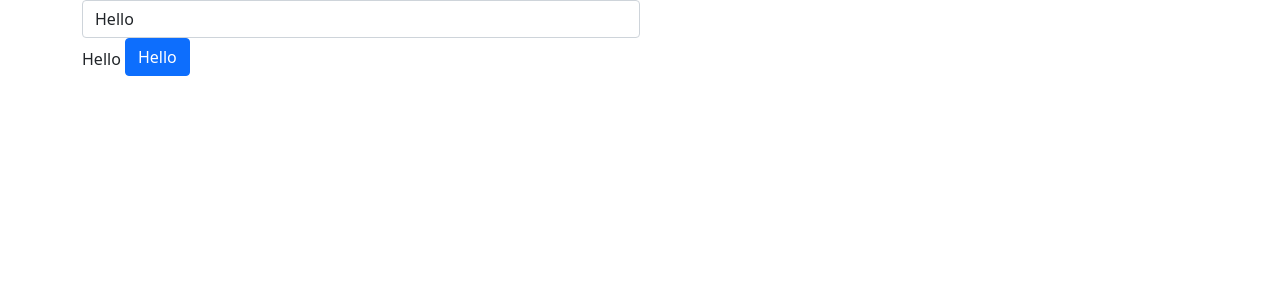
Repository: nashthecoder/vuebasics
Page: twoway-databinding.html
These files come from the project's save history. The page is drawn as it stood at one moment and after the next save; the edit follows.
The browser window is 1280 px wide. The pictures show the whole page.

Above is the page before, as saved 2021-01-05 17:56:33.

### twoway-databinding.html

<!DOCTYPE html>
<html>
<head>
  <meta charset="utf-8">
  <meta name="viewport" content="width=device-width, initial-scale=1">

  <title></title>
   <meta charset="utf-8">
    <meta name="viewport" content="width=device-width, initial-scale=1">
    <link href="https://cdn.jsdelivr.net/npm/bootstrap@5.0.0-beta1/dist/css/bootstrap.min.css" rel="stylesheet" integrity="sha384-giJF6kkoqNQ00vy+HMDP7azOuL0xtbfIcaT9wjKHr8RbDVddVHyTfAAsrekwKmP1" crossorigin="anonymous">

</head>
<body>

<div class="container">

  <div id="app">

    <form action="">
      <div class="col-sm-6">
      <input v-model="message" type="text" class="form-control"></input>
      </div>

    </form>
    {{message}}

    <h1 class="btn btn-primary">{{ message }}</h1>

  </div>

</div>



<script src="https://cdn.jsdelivr.net/npm/vue@2/dist/vue.js"></script>


<script>

  let vm = new Vue({

    el: '#app',
    data: {

      message: 'Hello',

    }

  })

</script>
</body>
</html>

After the next save:
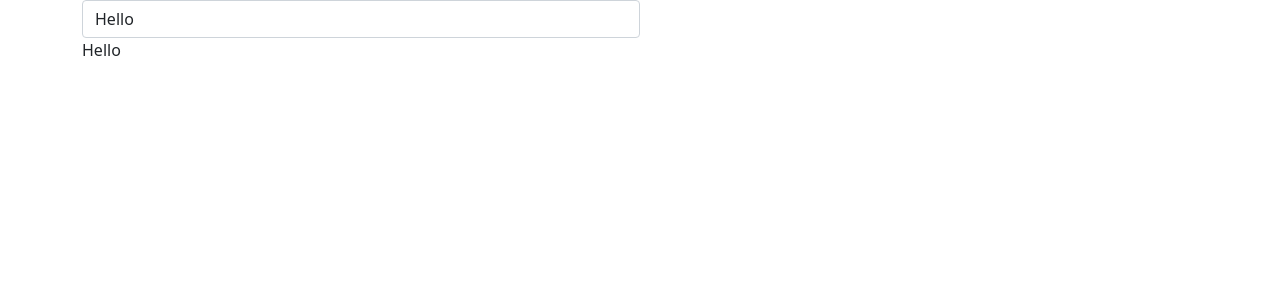
Saved 11 s later.
--- a/twoway-databinding.html
+++ b/twoway-databinding.html
@@ -25,7 +25,6 @@
     </form>
     {{message}}
 
-    <h1 class="btn btn-primary">{{ message }}</h1>
 
   </div>
 
